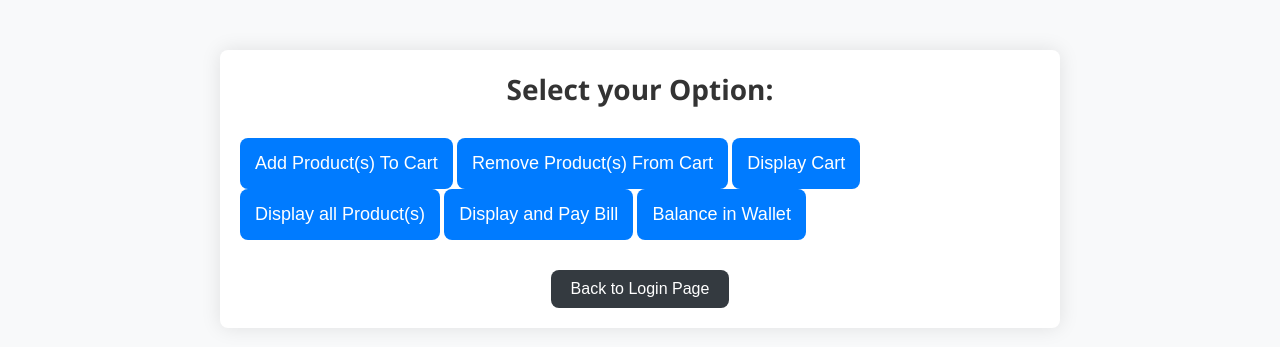
Repository: palakbari/Spring-MVC
Page: http://localhost/ShoppingSystem/customer_menu.jsp
An editor plug-in stored every save of this project. The page is shown before and after the next save, followed by the edit.
The browser window is 1280 px wide. The pictures show the whole page.
The page is served by Tomcat 9.

Above is the page before, as saved 2024-06-06 16:19:50.

After the next save:
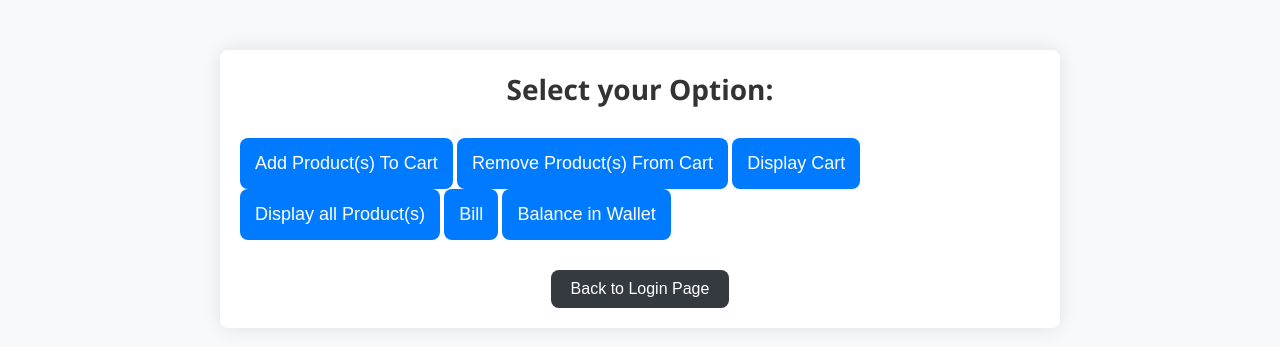
Saved 44 s later.
--- a/ShoppingSystem/src/main/webapp/customer_menu.jsp
+++ b/ShoppingSystem/src/main/webapp/customer_menu.jsp
@@ -80,7 +80,7 @@
                 <button onclick="form.action='removeProductsFromCart'" class="button">Remove Product(s) From Cart</button>
                 <button onclick="form.action='displayProductsFromCart'" class="button">Display Cart</button>
                 <button onclick="form.action='displayProductsToCustomer'" class="button">Display all Product(s)</button>
-                <button onclick="form.action='displayandpayBill'" class="button">Display and Pay Bill</button>
+                <button onclick="form.action='displayandpayBill'" class="button">Bill</button>
                 <button onclick="form.action='addBalance'" class="button">Balance in Wallet</button>
             </form>
         </div>
